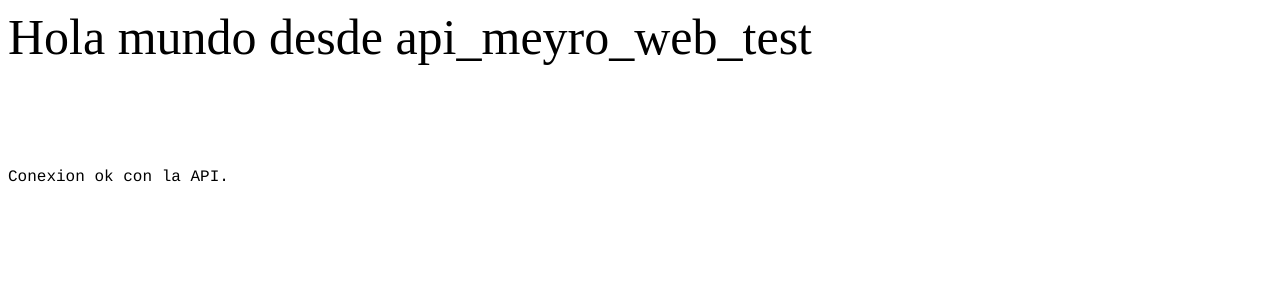
Repository: danieldebrito/api_myr_web
Page: http://localhost/app/index.php
These files come from the project's save history. The page is drawn as it stood at one moment and after the next save; the edit follows.
The browser window is 1280 px wide. The pictures show the whole page.
The page is run by PHP 8.4 with error messages shown; the project is at /var/www/html/.

Above is the page before, as saved 2019-08-28 16:41:12.

After the next save:
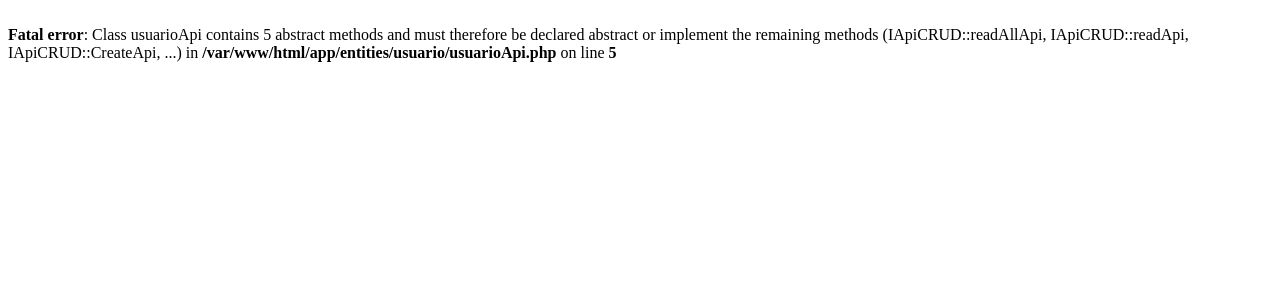
Saved 11 s later.
--- a/app/entities/usuario/usuarioApi.php
+++ b/app/entities/usuario/usuarioApi.php
@@ -4,71 +4,7 @@ require_once 'IApiCRUD.php';
 
 class usuarioApi extends usuario implements IApiCRUD
 {
-    public function readAllApi($request, $response, $args)
-    {
-        $all = usuario::readAll();
-        $newResponse = $response->withJson($all, 200);
-        return $newResponse;
-    }
 
-    public function readApi($request, $response, $args)
-    {
-        $id = $args['id_usuario'];
-        $Ret = usuario::read($id);
-        $newResponse = $response->withJson($Ret, 200);
-        return $newResponse;
-    }
-
-    public function CreateApi($request, $response, $args)
-    {
-        $ArrayDeParametros = $request->getParsedBody();
-
-        $entity = new usuario();
-        $entity->id_usuario = $ArrayDeParametros['id_usuario'];
-        $entity->nombre = $ArrayDeParametros['nombre'];
-        $entity->apellido = $ArrayDeParametros['apellido'];
-        $entity->usuario = $ArrayDeParametros['usuario'];
-        $entity->pass = $ArrayDeParametros['pass'];
-        $entity->estado = $ArrayDeParametros['estado'];
-        $entity->rol = $ArrayDeParametros['rol'];
-
-
-var_dump($entity);
-
-        $entity->create();
-
-        $objDelaRespuesta = new stdclass();
-        $objDelaRespuesta->resultado = $resultado;
-
-        return $response->withJson($objDelaRespuesta, 200);
-    }
-
-    public function updateApi($request, $response, $args)
-    {
-        $ArrayDeParametros = $request->getParsedBody();
-
-        $entity = new usuario();
-        $entity->id_usuario = $ArrayDeParametros['id_usuario'];
-        $entity->nombre = $ArrayDeParametros['nombre'];
-        $entity->apellido = $ArrayDeParametros['apellido'];
-        $entity->usuario = $ArrayDeParametros['usuario'];
-        $entity->pass = $ArrayDeParametros['pass'];
-        $entity->estado = $ArrayDeParametros['estado'];
-        $entity->rol = $ArrayDeParametros['rol'];
-
-        $resultado = $entity->update();
-        $objDelaRespuesta = new stdclass();
-        $objDelaRespuesta->resultado = $resultado;
-        return $response->withJson($objDelaRespuesta, 200);
-    }
-
-    public function deleteApi($request, $response, $args)
-    {
-        $id = $args["id_usuario"];
-        $respuesta = producto::delete($id);
-        $newResponse = $response->withJson($respuesta, 200);
-        return $newResponse;
-    }
 }
 
     /*
